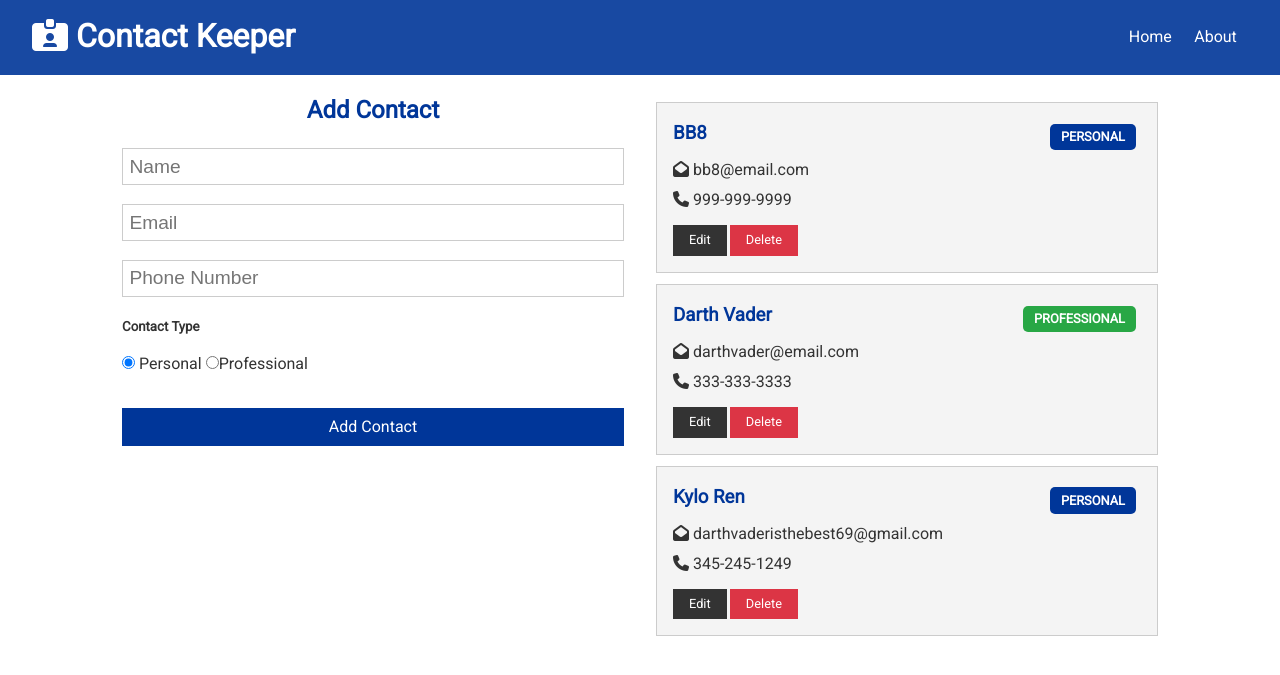
Repository: mjcanon4/contact-keeper
Page: / (app in client/)
An editor plug-in stored every save of this project. The page is shown before and after the next save, followed by the edit.
The browser window is 1280 px wide. The pictures show the whole page.
Some web libraries are served in a nearby version. The project was rebuilt for these pictures with package versions that can differ from the ones it lists, and the page was loaded fresh each time. A package was used in the major version that the imports need, not the one package.json lists. Also part of the build but not shown: client/src/components/pages/About.js.

Above is the page before, as saved 2021-08-22 15:20:55.

After the next save:
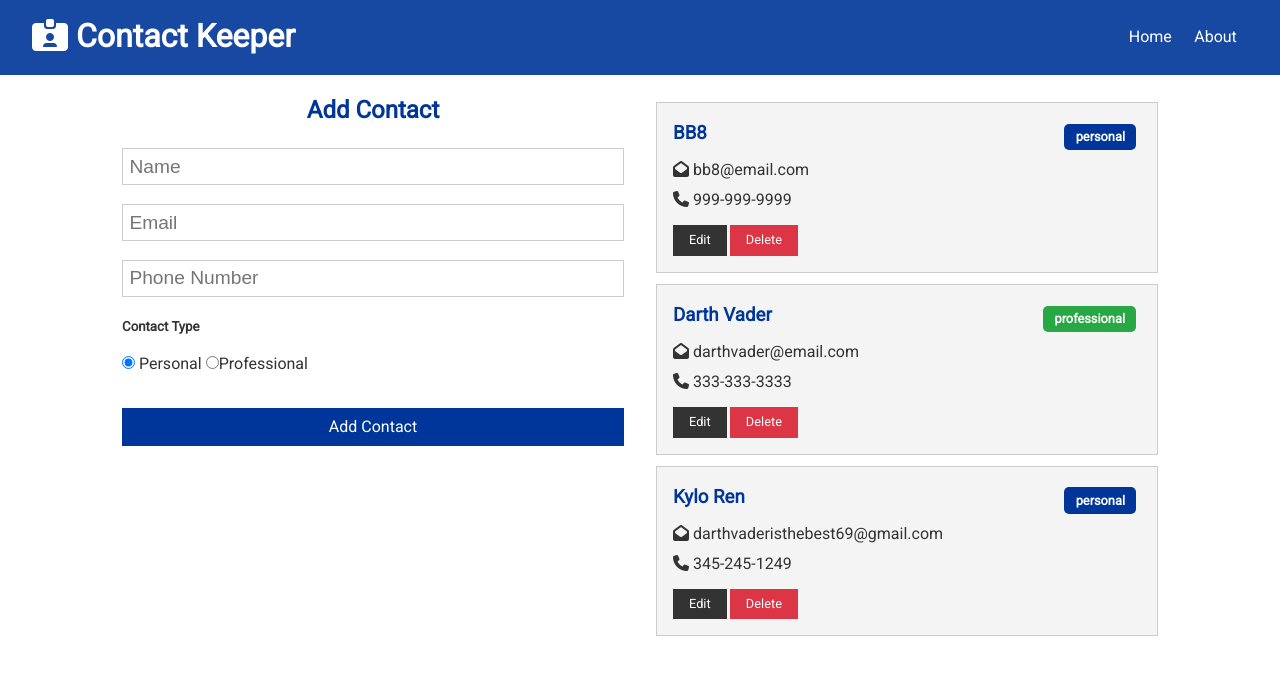
Saved 42 s later.
--- a/client/src/components/contacts/ContactItem.js
+++ b/client/src/components/contacts/ContactItem.js
@@ -15,7 +15,7 @@ const ContactItem = ({ contact }) => {
             (type == "professional" ? "badge-success" : "badge-primary")
           }
         >
-          {type.toUpperCase()}
+          {type}
         </span>
       </h3>
       <ul className="list">
